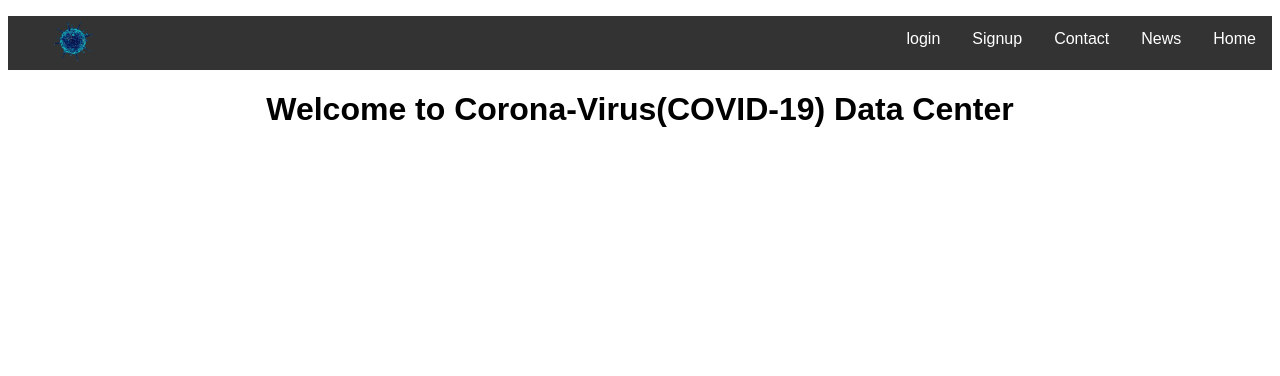
Repository: xthashankar/COVID-19-data-
Page: news.html
The author's editor kept a copy of each file at every save. The page is drawn from the files as they stood at one save, then again after the next save.
The browser window is 1280 px wide. The pictures show the whole page.
The page's requests for data from a server got no answer.

Above is the page before, as saved 2020-04-10 16:22:48.

After the next save:
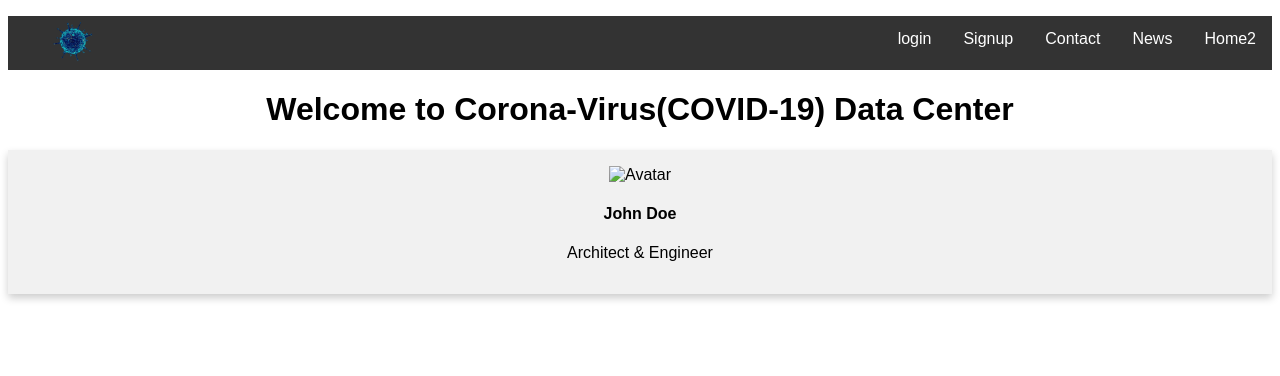
Not found: img_avatar.png
Saved 24 s later.
--- a/news.html
+++ b/news.html
@@ -9,7 +9,9 @@
 <body>
     <ul>
         <img src="image/coronavirus.png">
-        <li><a class="nav" href="#">Home</a></li>
+        <li><a class="nav" href="#">Home2
+
+        </a></li>
         <li><a href="#">News</a></li>
         <li><a href="#">Contact</a></li>
         <li><a href="#">Signup</a></li>
@@ -17,6 +19,13 @@
     </ul>
     <h1>Welcome to Corona-Virus(COVID-19) Data Center</h1>
 
+    <div class="card">
+        <img src="img_avatar.png" alt="Avatar" style="width:100%">
+        <div class="container">
+          <h4><b>John Doe</b></h4>
+          <p>Architect & Engineer</p>
+        </div>
+      </div>
 </body>
 <script src="javascript/news.js"></script>
 </html>

After the 2 saves that followed:
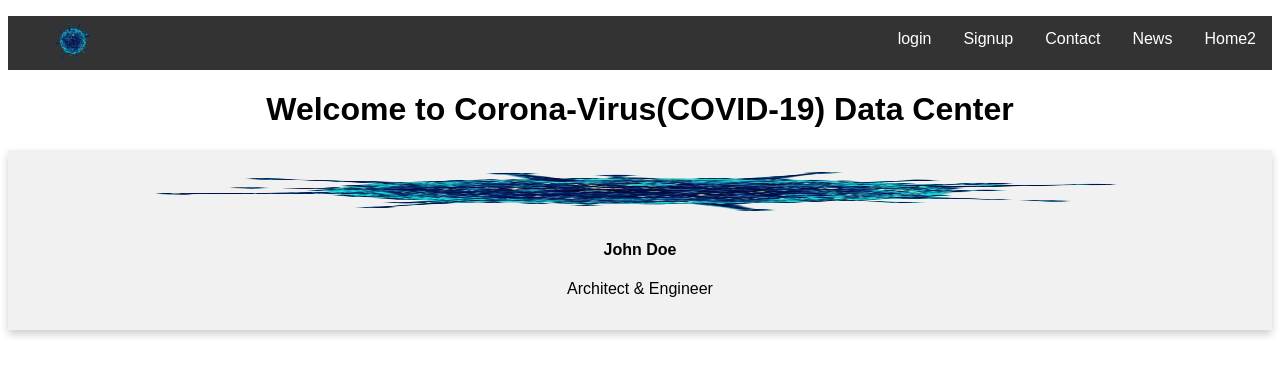
The 2 saves are shown as one change because 1 left the picture as it was.
The last was saved 2 min 20 s later.
--- a/news.html
+++ b/news.html
@@ -20,7 +20,7 @@
     <h1>Welcome to Corona-Virus(COVID-19) Data Center</h1>
 
     <div class="card">
-        <img src="img_avatar.png" alt="Avatar" style="width:100%">
+        <img src="image/coronavirus.png" alt="Avatar" style="width:100%">
         <div class="container">
           <h4><b>John Doe</b></h4>
           <p>Architect & Engineer</p>
--- a/css/news.css
+++ b/css/news.css
@@ -1,28 +1,3 @@
-ul{
-    list-style-type:none;
-    overflow: hidden;
-    background-color:#333;
-}
-li{
-   float:right;
-}
-li a{
-    display: block;
-    color:white;
-    text-align: center;
-    padding: 14px 16px;
-    text-decoration: none;
-}
-li a:hover{
-    background-color: #111;
-}
-h1{
-    text-align: center;
-}
-img{
-    width:50px;
-    height:50px;
-}
 * {
     box-sizing: border-box;
   }
@@ -64,3 +39,30 @@ img{
     text-align: center;
     background-color: #f1f1f1;
   }
+
+
+ul{
+    list-style-type:none;
+    overflow: hidden;
+    background-color:#333;
+}
+li{
+   float:right;
+}
+li a{
+    display: block;
+    color:white;
+    text-align: center;
+    padding: 14px 16px;
+    text-decoration: none;
+}
+li a:hover{
+    background-color: #111;
+}
+h1{
+    text-align: center;
+}
+img{
+    width:50px;
+    height:50px;
+}
